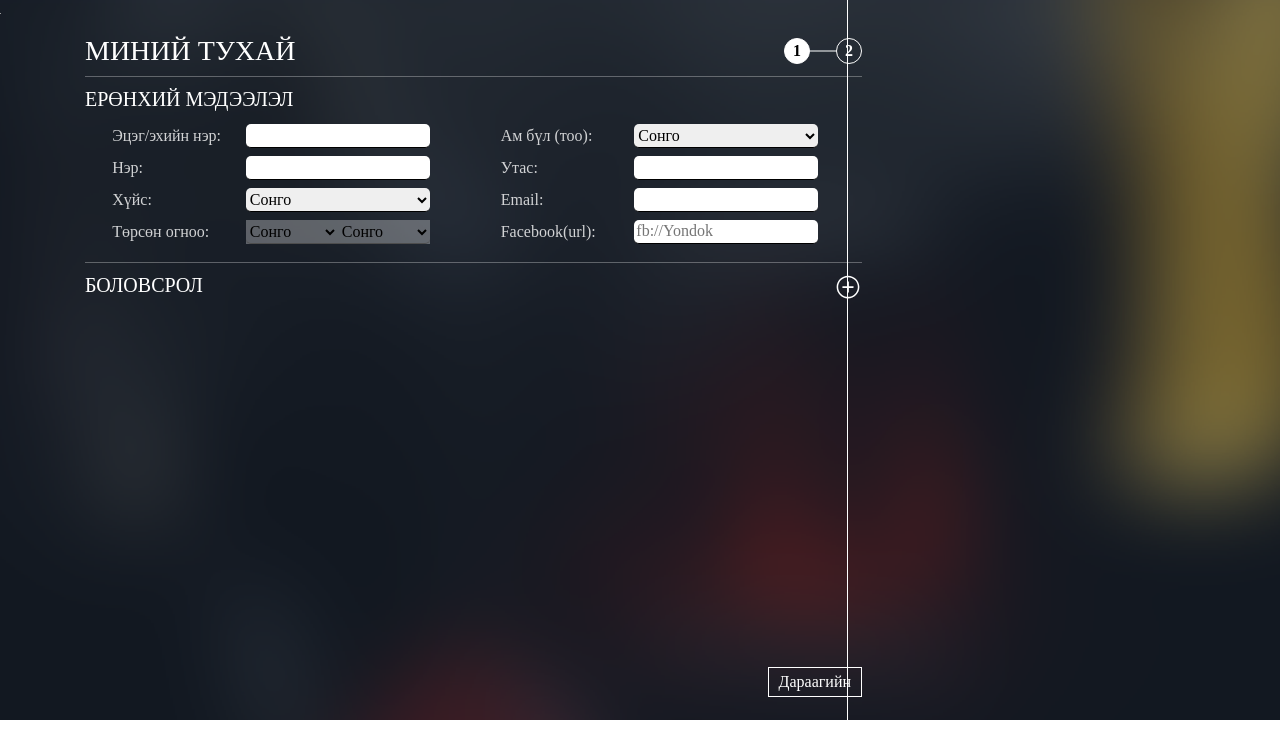
Repository: Yondo202/svProject
Page: /
An editor plug-in stored every save of this project. The page is shown before and after the next save, followed by the edit.
The browser window is 1280 px wide. The pictures show the whole page.
The project was rebuilt for these pictures with package versions that can differ from the ones it lists, and the page was loaded fresh each time. The framework's server and built-in components were replaced by stand-ins that run in the browser. Also part of the build but not shown: next.config.js, style/style.scss.

Above is the page before, as saved 2020-11-20 10:37:27.

### pages/_app.js
import React from "react";
import App from "next/app";
import '../style/style.scss'
import { AnimatePresence } from "framer-motion";
import { MenuProvider } from "@/miscs/ContextMenuProvider";
import { ThemeProvider } from "styled-components";
import * as theme from "@/miscs/theme";
import checkLanguage from "@/components/miscs/checkLanguage";

const base = "http://localhost:1337";

class MyApp extends App {
    state = {
        menu: [],
        completelyLoaded: false,
    };
    // async componentDidMount() {
    //     let res = await checkLanguage(queryString, null);
    //     this.setState({ completelyLoaded: true, menu: res.data.menu.Main});
    // }

    render() {
        const { Component, pageProps, router } = this.props;

        return (
            <ThemeProvider theme={theme}>
                <MenuProvider value={this.state}>
                    <AnimatePresence exitBeforeEnter>
                        <Component {...pageProps} key={router.route} />
                    </AnimatePresence>
                </MenuProvider>
            </ThemeProvider>
        );
    }
}

export default MyApp;

const queryString = ``

// const queryString = `
// {
// menu {
//     Main {
//     Title Slug Page {
//         Slug
//         }
//         }
//     }
// }`;

### pages/_document.js
import css from '../style/style.scss'
import Document, { Html, Head, Main, NextScript } from 'next/document'
import Pixel from "@/components/miscs/Pixel";

class MyDocument extends Document {
    render(){
        return(
            <Html lang="mn">
                <Head>
                    <link rel="stylesheet" href="https://stackpath.bootstrapcdn.com/bootstrap/4.3.1/css/bootstrap.min.css" integrity="sha384-ggOyR0iXCbMQv3Xipma34MD+dH/1fQ784/j6cY/iJTQUOhcWr7x9JvoRxT2MZw1T" crossOrigin="anonymous"/>
                    <link rel="shortcut icon" href="/img/ico.png" />
                    <link href="https://fonts.googleapis.com/css2?family=Roboto:wght@300;400;700&display=swap" rel="stylesheet"/>
                    <link href="https://fonts.googleapis.com/css2?family=Poppins:wght@300;400;500&display=swap" rel="stylesheet"></link>
                    <Pixel/>
                </Head>
                <body>
                    <Main/>
                    <NextScript/>
                </body>
            </Html>
        )
    }
}

export default MyDocument

### pages/index.js
import React from "react";
import { motion } from "framer-motion";
import Background from '../components/Top'
import Forms from '../components/mainForm'

function index() {
    return (
        <div>
            <Background />
            <Forms />
        </div>
    )
}

export default index




























// import Root from "@/core/Root";
// import ResolveComponent from "@/components/dynamic/ResolveComponent"
// import checkLanguage from "@/components/miscs/checkLanguage";
// import { MenuContext } from '@/miscs/ContextMenuProvider'
// import { useContext } from "react";

// const Index = ({ data }) => {

//     let { Layout } = data
//     const { completelyLoaded } = useContext(MenuContext);

//     return (
//         <motion.div exit={{ opacity: 0 }} initial={{ opacity: 0 }} animate={{ opacity: 1 }} >
//             <Root noFooter>
//                 {completelyLoaded &&
//                     <ResolveComponent data={Layout} />
//                 }
//             </Root>
//         </motion.div>
//     );

// };
// export default Index;

// export async function getServerSideProps({ params, req }) {
//     let res = await checkLanguage('/home', req, true);
//     return { props: { data: res.data } }
// }

### components/miscs/ContextMenuProvider.js
import React from 'react';

const MenuContext = React.createContext();

const MenuProvider = MenuContext.Provider
const MenuConsumer = MenuContext.Consumer

export {MenuProvider, MenuConsumer, MenuContext}

### components/miscs/theme.js
export const colorOne = "#532532";
export const colorTwo = "#123123";
export const fontSize = "16px";
export const fontFamily1 = "Poppins', sans-serif"

### components/miscs/checkLanguage.js
import fetch from "node-fetch";
import parseCookies from '@/miscs/parseCookies';

const checkLanguage = async (queryString, req, normal) =>{

    const cookies = parseCookies(req);
    const httpObject = { method: 'post', headers: { 'Content-Type': 'application/json'}, body: JSON.stringify({ query: `query ${queryString}`})}

    if(normal){
        return new Promise(async(resolve, reject) => {
            if(cookies['tb-lang'] === "en"){
                const res = await fetch(`http://localhost:1337${queryString}`);
                const pageData = await res.json();
                return resolve({data: pageData});
            }
            else{
                const res = await fetch(`http://localhost:1337${queryString}`);
                const pageData = await res.json();
                return resolve({data: pageData});
            }
        })
    }

    return new Promise(async(resolve, reject)=>{
      if(cookies['tb-lang'] === "en"){
          const res = await fetch('http://localhost:1337/graphql', httpObject)
          const pageData = await res.json()
          return resolve({data: pageData.data});
      }
      else{
          const res = await fetch('http://localhost:1337/graphql', httpObject)
          const pageData = await res.json()
          return resolve({data: pageData.data});
      }
    })

}

export default checkLanguage

### components/miscs/Pixel.js
import React from "react";

export default () => (
    <React.Fragment>
        <script
            dangerouslySetInnerHTML={{
                __html: `!function(f,b,e,v,n,t,s){if(f.fbq)return;n=f.fbq=function(){n.callMethod?n.callMethod.apply(n,arguments):n.queue.push(arguments)};if(!f._fbq)f._fbq=n;n.push=n;n.loaded=!0;n.version='2.0';n.queue=[];t=b.createElement(e);t.async=!0;t.src=v;s=b.getElementsByTagName(e)[0];s.parentNode.insertBefore(t,s)}(window,document,'script','https://connect.facebook.net/en_US/fbevents.js');fbq('init', '626874991348714'); fbq('track', 'PageView');`,
            }}
        />
        <noscript
            dangerouslySetInnerHTML={{
                __html: `<img height="1" width="1" src="https://www.facebook.com/tr?id=626874991348714&ev=PageView&noscript=1"/>`,
            }}
        />
    </React.Fragment>
);

### components/Top.js
// import React from 'react';

// const Test = ({data}) => {
//     return (
//         <div>
//             {data.Title && <h1>{data.Title}hahhaha</h1>}
//         </div>
//     );
// };

// export default Test;

import React from 'react'
import styled from 'styled-components'
function top({data}) {
    return (
        <Conainer style={{backgroundImage:"url('/img/Blur.png')"}}>
        </Conainer>
    )
}

export default top


const Conainer = styled.div`
    color:white;
    background-size: cover;
    background-position:center center;
    min-height: 80vh;
    max-height: 100vh;
    height: 100vh;
    width: 100%;
    position: fixed;
    top:0;
    z-index: -2;
`

### components/miscs/parseCookies.js
import cookie from 'cookie'

export default function parseCookies(req) {
    return cookie.parse(req ? req.headers.cookie || "" : document.cookie);
}

### components/form1.js
import React,{useState} from 'react'
import styled from 'styled-components'
import Modal from 'react-modal';
import {IoIosAddCircleOutline} from 'react-icons/io'
import {RiAddLine} from 'react-icons/ri'
import Education from '../components/education'
import Axios from 'axios';


const customStyles = {
    content : {
      top                   : '50%',
      left                  : '50%',
      right                 : 'auto',
      bottom                : 'auto',
      marginRight           : '-50%',
      transform             : 'translate(-50%, -50%)'
    }
  };

function form1() {
    var subtitle;
    const [modalIsOpen,setIsOpen] = React.useState(false);
    function openModal() {
      setIsOpen(true);
    }
    function closeModal(){
    setIsOpen(false);
    }
    const [Value,setValue] = useState('хоосон');


    const handleClick = async (e) =>{
        e.preventDefault();
        let rs = document.querySelectorAll('.getinput');
        let arr = Array.from(rs);
        let final = {};
        arr.map(element=>{
            let field = element.name;
            let value = element.value;
            final[field] = value
        });
        console.log(final, "kekeke")
        await Axios.post('http://localhost:1337/forms', final);
    }
    // const capitalize = (s) => {
    //     if (typeof s !== 'string') return ''
    //     return s.charAt(0).toUpperCase() + s.slice(1)
    //   }

    return (
        <Conainer>
            <div className="headerPAr">
                <h5 className="title">ЕРӨНХИЙ МЭДЭЭЛЭЛ</h5>
            </div>
            <div className="ParentInfo">
                <div className="colOne">
                    <div className="main-info">
                        <label className="B">Эцэг/эхийн нэр:</label>
                        <input className="getinput val" type="text" name="parent" />
                    </div>
                    <div className="main-info">
                        <label className="B">Нэр:</label>
                        <input className="getinput val" type="text" name="name" />
                    </div>
                    <div className="main-info">
                        <label className="B">Хүйс:</label>
                        <select className="getinput val" name="sex" placeholder="сүно">
                            <option value="" >Сонго</option>
                            <option value="man">Эрэгтэй</option>
                            <option value="women">Эмэгтэй</option>
                        </select>
                    </div>
                    <div className="main-info">
                        <label className="B">Төрсөн огноо:</label>
                        <div className="val">
                            <select className="getinput childs" name="year" placeholder="сүно">
                                <option value="" >Сонго</option>
                                <option value="man">2000</option>
                                <option value="1999">1999</option>
                                <option value="1998">1998</option>
                                <option value="1997">1997</option>
                                <option value="1996">1996</option>
                                <option value="1995">1995</option>
                                <option value="1994">1994</option>
                                <option value="1993">1993</option>
                                <option value="1992">1992</option>
                                <option value="1991">1991</option>
                                <option value="1990">1990</option>
                            </select>
                            <select className="getinput childs" name="month" placeholder="сүно">
                                <option value="" >Сонго</option>
                                <option value="1">1</option>
                                <option value="2">2</option>
                                <option value="3">3</option>
                                <option value="4">4</option>
                                <option value="5">5</option>
                                <option value="6">6</option>
                                <option value="7">7</option>
                                <option value="8">8</option>
                            </select>
                        </div>

                    </div>
                </div>

                <div className="colOne">
                    <div className="main-info">
                    <label className="B">Ам бүл (тоо):</label>
                        <select className="getinput val" name="family" placeholder="сүно">
                            <option value="" >Сонго</option>
                            <option value="1">1</option>
                            <option value="2">2</option>
                            <option value="3">3</option>
                            <option value="4">4</option>
                            <option value="5">5</option>
                            <option value="6">6</option>
                            <option value="7">7</option>
                    </select>

                    </div>
                    <div className="main-info">
                        <label className="B">Утас:</label>
                        <input className="getinput val" type="number" name="phone" />
                    </div>
                    <div className="main-info">
                        <label className="B">Email:</label>
                        <input className="getinput val" type="email" name="email" />
                    </div>
                    <div className="main-info">
                        <label className="B">Facebook(url):</label>
                        <input className="getinput val" type="url" placeholder="fb://Yondok" name="facebook" />
                    </div>
                </div>
            </div>

            <Education />
        </Conainer>
    )
}

export default form1

const Conainer = styled.div`
    padding-top:10px;
    .headerPAr{
        width:70%;
        display:flex;
        flex-direction:row;
        justify-content:space-between;
        margin-bottom:5px;
        .svgBtn{
            cursor:pointer;
            font-size:28px;
            border-radius:50%;
            transition:all 0.3s ease;
            &:hover{
                color:black;
                background:white;
            }
        }
    }
    .ParentInfo{
         display:flex;
         flex-direction: row;
         justify-content:space-around;
         width:70%;
         font-size:16px;
         border-bottom: solid 0.5px rgba(255,255,255, 0.3);
         padding-bottom:10px;
         .colOne{
             width:43%;
             .main-info{
                display:flex;
                flex-direction:row;
                justify-content:start;

                 .B{
                     color:rgba(255,255,255, 0.8);
                     width:40%;
                 }
                 .val{
                    border-style:none;
                    border-bottom:solid 1px black;
                    border-radius:5px;
                    width:55%;
                    // background:rgba(255,255,255, 0.7);
                    height:24px;
                    .childs{
                        background:rgba(255,255,255, 0.3);
                        height:24px;
                        width:50%;
                        border:none;
                    }
                 }
             }
         }
    }
    @media only screen and (max-width:786px){
        .headerPAr{
            width:100%;
        }
        .ParentInfo{
            flex-direction: column;
            width:100%;
            .colOne{
                width:100%;
            }
        }
    }
`

### components/form2.js
import React from 'react'
import styled from 'styled-components'
import Modal from 'react-modal';
import {IoIosAddCircleOutline} from 'react-icons/io'
import {RiAddLine} from 'react-icons/ri'
import Education from '../components/education'


const customStyles = {
    content : {
      top                   : '50%',
      left                  : '50%',
      right                 : 'auto',
      bottom                : 'auto',
      marginRight           : '-50%',
      transform             : 'translate(-50%, -50%)'
    }
  };

function form2() {
    var subtitle;
    const [modalIsOpen,setIsOpen] = React.useState(false);
    function openModal() {
      setIsOpen(true);
    }
    function afterOpenModal() {
        // references are now sync'd and can be accessed.
        subtitle.style.color = '#0E3232';
      }
    function closeModal(){
    setIsOpen(false);
    }
    return (
        <Conainer>
            <div className="headerPAr">
                <h5 className="title">ЕРӨНХИЙ МЭДЭЭЛЭЛ</h5>
                <div>
                <IoIosAddCircleOutline  className="svgBtn" onClick={openModal} />
                {/* <span  className="svgBtn" onClick={openModal}>+</span> */}
                    <Modal
                        isOpen={modalIsOpen}
                        onAfterOpen={afterOpenModal}
                        onRequestClose={closeModal}
                        style={customStyles}
                        contentLabel="Example Modal"
                    >
                        {/* <h2 ref={_subtitle => (subtitle = _subtitle)}>Hello</h2> */}
                        <button onClick={closeModal}>close</button>
                        <form>
                            {/* <input />
                            <button>tab navigation</button>
                            <button>stays</button>
                            <button>inside</button>
                            <button>the modal</button> */}
                        </form>
                    </Modal>
                    </div>
                </div>
            <div className="ParentInfo">
                <div className="colOne">
                    <div className="main-info">
                        <span className="B">Эцэг/эхийн нэр:</span>
                        <span className="val">Гантулга</span>
                    </div>
                    <div className="main-info">
                        <span className="B">Нэр:</span>
                        <span className="val">Ёндонжамц</span>
                    </div>
                    <div className="main-info">
                        <span className="B">Хүйс:</span>
                        <span className="val">Эр</span>
                    </div>
                    <div className="main-info">
                        <span className="B">Төрсөн огноо:</span>
                        <span className="val">1996-05-10</span>
                    </div>
                </div>

                <div className="colOne">
                    <div className="main-info">
                        <span className="B">Ам бүл:</span>
                        <span className="val">3 (Ээж, Эмэгтэй дүү)</span>
                    </div>
                    <div className="main-info">
                        <span className="B">Утас:</span>
                        <span className="val">99801406</span>
                    </div>
                    <div className="main-info">
                        <span className="B">Email:</span>
                        <span className="val">yondooo61@gmail.com</span>
                    </div>
                    <div className="main-info">
                        <span className="B">Facebook:</span>
                        <span className="val">fb://yondok</span>
                    </div>
                </div>
            </div>

            <Education />
        </Conainer>
    )
}

export default form2

const Conainer = styled.div`
    padding-top:10px;
    .headerPAr{
        width:70%;
        display:flex;
        flex-direction:row;
        justify-content:space-between;
        margin-bottom:5px;
        .svgBtn{
            cursor:pointer;
            font-size:28px;
            border-radius:50%;
            transition:all 0.3s ease;
            &:hover{
                color:black;
                background:white;
            }
        }
    }
    .ParentInfo{
         display:flex;
         flex-direction: row;
         justify-content:space-around;
         width:70%;
         font-size:16px;
         border-bottom: solid 0.5px rgba(255,255,255, 0.3);
         padding-bottom:10px;
         .colOne{
             width:43%;
             .main-info{
                display:flex;
                flex-direction:row;
                justify-content:space-between;

                 .B{
                     color:rgba(255,255,255, 0.7);
                     width:40%;
                 }
                 .val{
                    // margin-left:15px;
                    width:55%;
                 }
             }
         }
    }
`

### components/education.js
import React from 'react'
import styled from 'styled-components'
import {IoIosAddCircleOutline} from 'react-icons/io'
import Modal from 'react-modal';

const customStyles = {
    content : {
      top                   : '50%',
      left                  : '50%',
      right                 : 'auto',
      bottom                : 'auto',
      marginRight           : '-50%',
      transform             : 'translate(-50%, -50%)'
    }
  };
function education() {
    var subtitle;
    const [modalIsOpen,setIsOpen] = React.useState(false);
    function openModal() {
      setIsOpen(true);
    }
    function afterOpenModal() {
        // references are now sync'd and can be accessed.
        subtitle.style.color = '#0E3232';
      }
    function closeModal(){
    setIsOpen(false);
    }


    return (
        <Container>
            <div className="headerPAr">
                <h5 className="title">БОЛОВСРОЛ</h5>
                <div>
                <IoIosAddCircleOutline className="svgBtn" onClick={openModal} />
                    <Modal
                        isOpen={modalIsOpen}
                        onAfterOpen={afterOpenModal}
                        onRequestClose={closeModal}
                        style={customStyles}
                        contentLabel="Example Modal"
                    >
                        <h2 ref={_subtitle => (subtitle = _subtitle)}>Hello</h2>
                        <button onClick={closeModal}>close</button>
                        <form>
                            <input />
                            <button>tab navigation</button>
                            <button>stays</button>
                            <button>inside</button>
                            <button>the modal</button>
                        </form>
                    </Modal>
                    </div>
                </div>
        </Container>
    )
}

export default education


const Container = styled.div`
    padding-top:10px;

`

Loaded but not shown: components/mainForm.js (180 lines, source omitted)

After the next save:
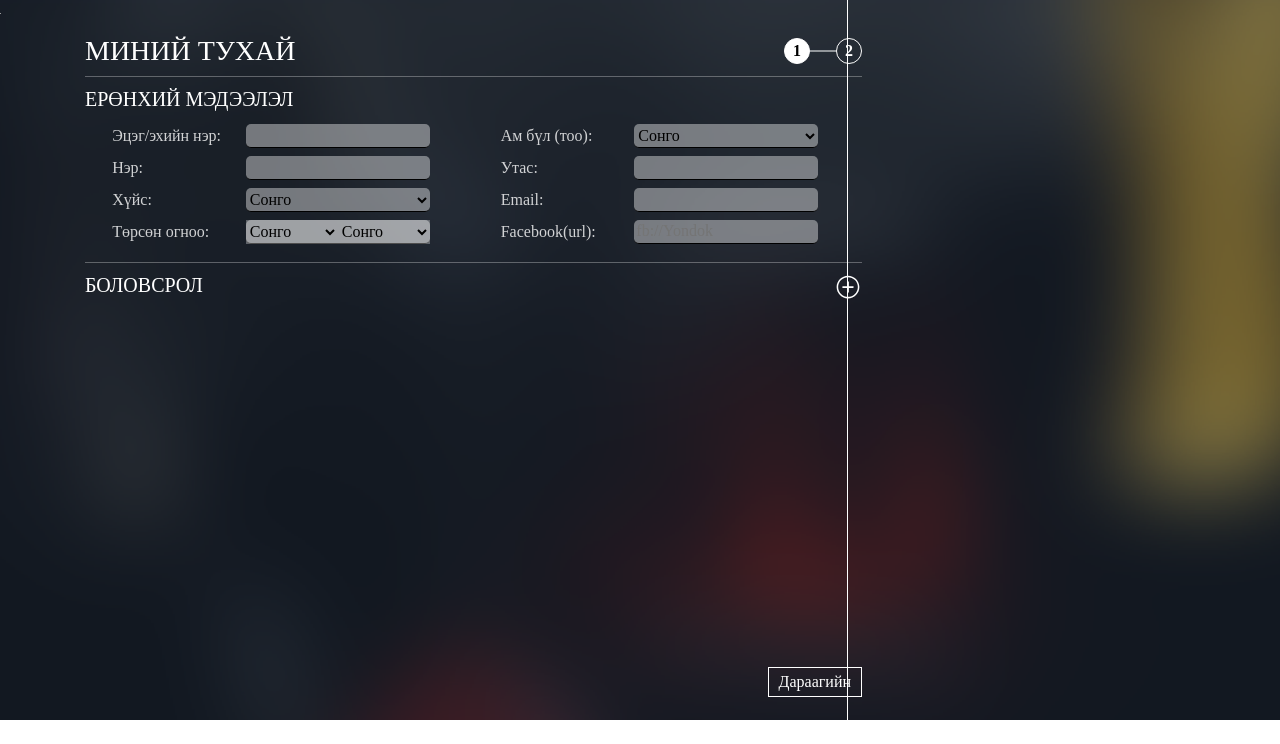
Saved 8 s later.
--- a/components/form1.js
+++ b/components/form1.js
@@ -184,7 +184,7 @@ const Conainer = styled.div`
                     border-bottom:solid 1px black;
                     border-radius:5px;
                     width:55%;
-                    // background:rgba(255,255,255, 0.7);
+                    background:rgba(255,255,255, 0.4);
                     height:24px;
                     .childs{
                         background:rgba(255,255,255, 0.3);
